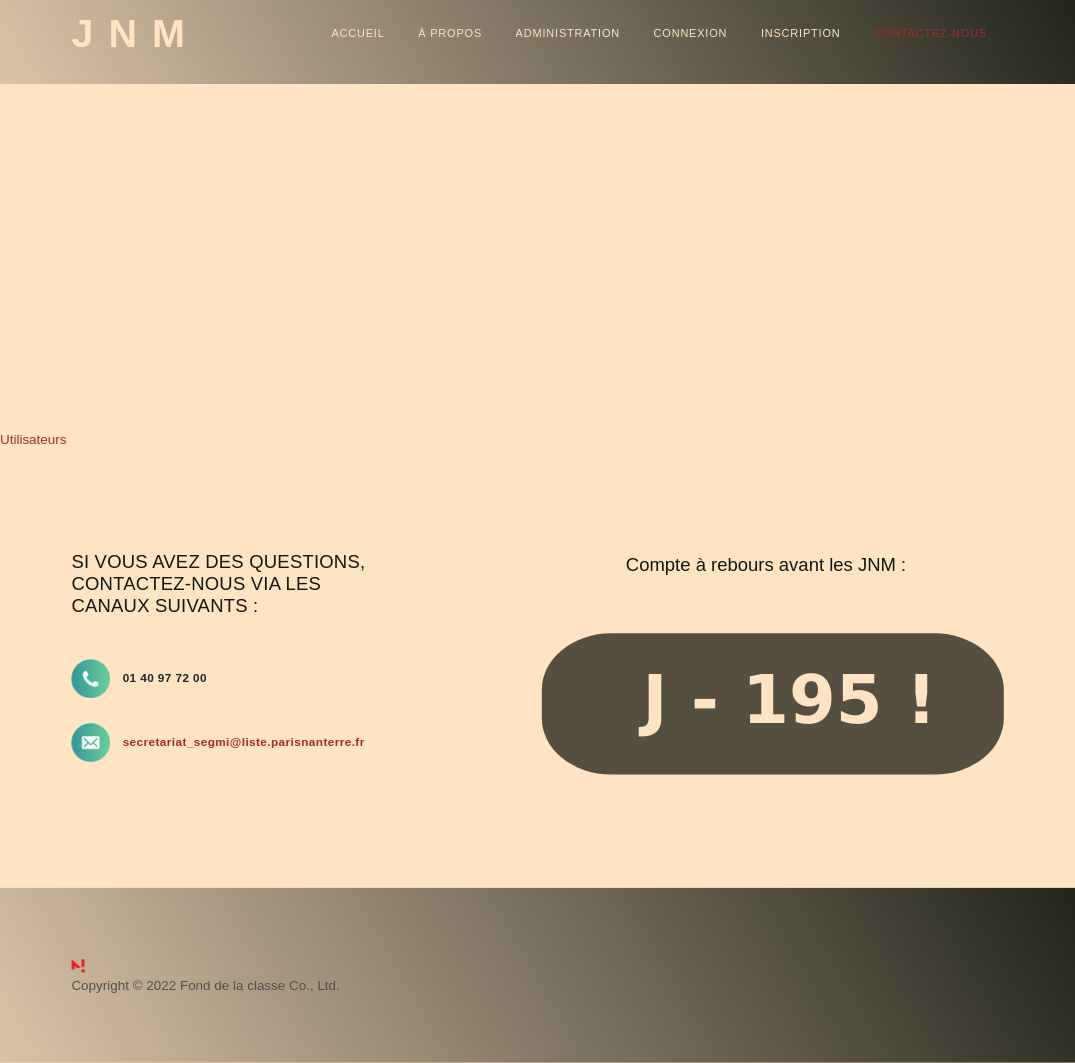
Repository: RiadNadri/ProjetWeb2022
Page: templates/Admin/admin.html.twig
The author's editor kept a copy of each file at every save. The page is drawn from the files as they stood at one save, then again after the next save.
The browser window is 1280 px wide. The pictures show the whole page, at 84% of full size.
Some web fonts or font styles are not loaded; a fallback is used. The page is a Twig template of a Symfony application; nobody is signed in and links lead nowhere. The template is opened directly, without the code that normally fills it, so the values that code supplies are empty.

Above is the page before, as saved 2022-12-24 16:40:00.

After the next save:
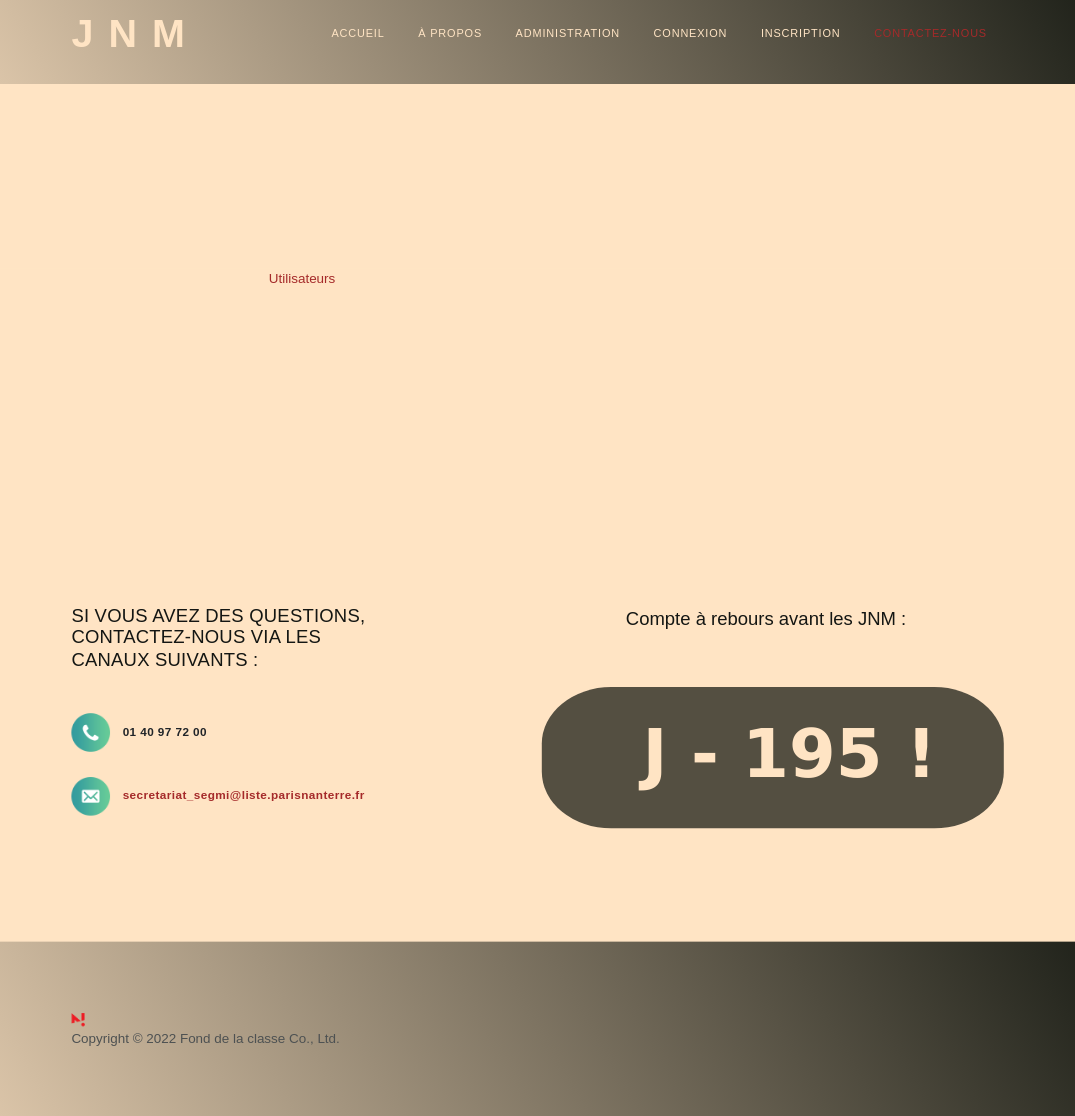
Saved 61 s later.
--- a/templates/Admin/admin.html.twig
+++ b/templates/Admin/admin.html.twig
@@ -6,7 +6,9 @@
 
 <style>
     .buttonUser{
-        margin-top: 40%;
+        margin-top: 25%;
+        margin-bottom: 20%;
+        margin-left: 25%;
     }
 </style>
 
